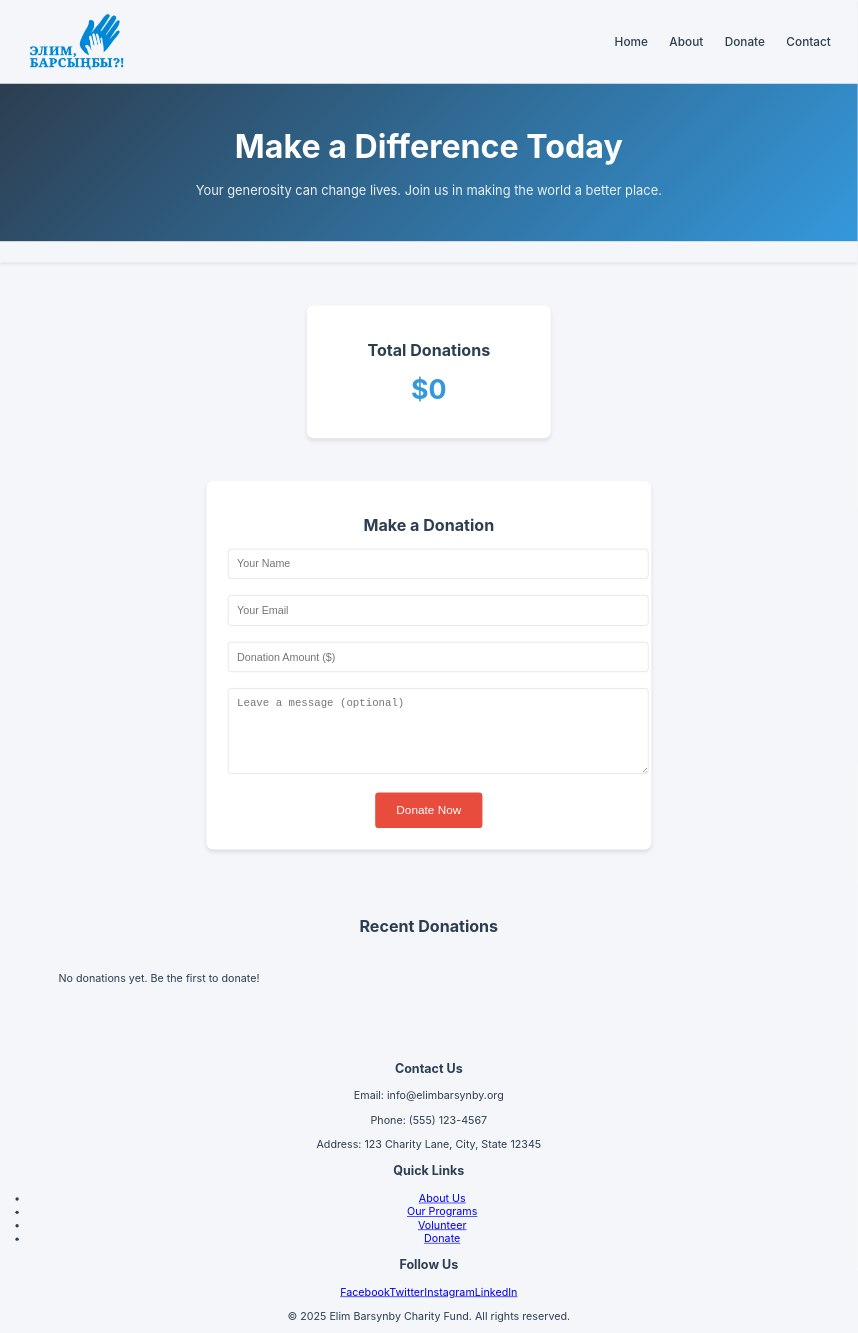
Repository: krmvz/elimbarsynby-
Page: / (app in elim-barsynby-charity/)
The author's editor kept a copy of each file at every save. The page is drawn from the files as they stood at one save, then again after the next save.
The browser window is 1280 px wide. The pictures show the whole page, at 67% of full size.
The page's requests for data from a server got no answer. The project was rebuilt for these pictures with package versions that can differ from the ones it lists, and the page was loaded fresh each time. No one was signed in, and anything a server would have sent is missing.

Above is the page before, as saved 2025-06-17 18:38:22.

### elim-barsynby-charity/public/index.html
<!DOCTYPE html>
<html lang="en">
  <head>
    <meta charset="utf-8" />
    <link rel="icon" href="%PUBLIC_URL%/favicon.ico" />
    <meta name="viewport" content="width=device-width, initial-scale=1" />
    <meta name="theme-color" content="#2c3e50" />
    <meta
      name="description"
      content="Elim Barsynby Charity Fund - Making a difference in our community through your generous donations"
    />
    <link rel="apple-touch-icon" href="%PUBLIC_URL%/logo192.png" />
    <link rel="manifest" href="%PUBLIC_URL%/manifest.json" />
    <title>Elim Barsynby Charity Fund</title>
  </head>
  <body>
    <noscript>You need to enable JavaScript to run this app.</noscript>
    <div id="root"></div>
  </body>
</html>

### elim-barsynby-charity/src/App.tsx
import React, { useState, useEffect } from 'react';
import Header from './components/Header';
import Footer from './components/Footer';
import './App.css';
import './components/styles.css';

interface Donation {
  _id: string;
  donor: string;
  amount: number;
  message?: string;
  date: string;
}

function App() {
  const [donations, setDonations] = useState<Donation[]>([]);
  const [totalDonations, setTotalDonations] = useState<number>(0);
  const [formData, setFormData] = useState({
    donor: '',
    amount: '',
    message: '',
    email: ''
  });

  useEffect(() => {
    fetchDonations();
    fetchTotalDonations();
  }, []);

  const fetchDonations = async () => {
    try {
      const response = await fetch('http://localhost:5000/api/donations');
      if (!response.ok) {
        throw new Error('Failed to fetch donations');
      }
      const data = await response.json();
      setDonations(Array.isArray(data) ? data : []);
    } catch (error) {
      console.error('Error fetching donations:', error);
      setDonations([]);
    }
  };

  const fetchTotalDonations = async () => {
    try {
      const response = await fetch('http://localhost:5000/api/donations/total');
      if (!response.ok) {
        throw new Error('Failed to fetch total donations');
      }
      const data = await response.json();
      setTotalDonations(data.total || 0);
    } catch (error) {
      console.error('Error fetching total donations:', error);
      setTotalDonations(0);
    }
  };

  const handleSubmit = async (e: React.FormEvent) => {
    e.preventDefault();
    try {
      const response = await fetch('http://localhost:5000/api/donations', {
        method: 'POST',
        headers: {
          'Content-Type': 'application/json',
        },
        body: JSON.stringify(formData),
      });
      if (!response.ok) {
        throw new Error('Failed to submit donation');
      }
      setFormData({ donor: '', amount: '', message: '', email: '' });
      fetchDonations();
      fetchTotalDonations();
    } catch (error) {
      console.error('Error submitting donation:', error);
    }
  };

  const handleChange = (e: React.ChangeEvent<HTMLInputElement | HTMLTextAreaElement>) => {
    setFormData({
      ...formData,
      [e.target.name]: e.target.value
    });
  };

  return (
    <div className="App">
      <Header />

      <main className="main-content">
        <section className="donation-stats">
          <div className="stat-card">
            <h2>Total Donations</h2>
            <p className="amount">${totalDonations.toLocaleString()}</p>
          </div>
        </section>

        <section className="donation-form" id="donate">
          <h2>Make a Donation</h2>
          <form onSubmit={handleSubmit}>
            <div className="form-group">
              <input
                type="text"
                name="donor"
                value={formData.donor}
                onChange={handleChange}
                placeholder="Your Name"
                required
              />
            </div>
            <div className="form-group">
              <input
                type="email"
                name="email"
                value={formData.email}
                onChange={handleChange}
                placeholder="Your Email"
                required
              />
            </div>
            <div className="form-group">
              <input
                type="number"
                name="amount"
                value={formData.amount}
                onChange={handleChange}
                placeholder="Donation Amount ($)"
                required
              />
            </div>
            <div className="form-group">
              <textarea
                name="message"
                value={formData.message}
                onChange={handleChange}
                placeholder="Leave a message (optional)"
              />
            </div>
            <button type="submit" className="donate-button">Donate Now</button>
          </form>
        </section>

        <section className="recent-donations">
          <h2>Recent Donations</h2>
          <div className="donations-list">
            {donations && donations.length > 0 ? (
              donations.map((donation) => (
                <div key={donation._id} className="donation-card">
                  <h3>{donation.donor}</h3>
                  <p className="amount">${donation.amount}</p>
                  {donation.message && <p className="message">"{donation.message}"</p>}
                  <p className="date">{new Date(donation.date).toLocaleDateString()}</p>
                </div>
              ))
            ) : (
              <p>No donations yet. Be the first to donate!</p>
            )}
          </div>
        </section>
      </main>

      <Footer />
    </div>
  );
}

export default App;

### elim-barsynby-charity/src/components/Header.tsx
import React from 'react';
import Logo from './Logo';
import './styles.css';

const Header: React.FC = () => {
  return (
    <header className="header">
      <div className="header-content">
        <div className="logo-container">
          <Logo />
        </div>
        <nav className="nav-menu">
          <a href="#home" className="nav-link">Home</a>
          <a href="#about" className="nav-link">About</a>
          <a href="#donate" className="nav-link">Donate</a>
          <a href="#contact" className="nav-link">Contact</a>
        </nav>
      </div>

      <div className="hero">
        <h1>Make a Difference Today</h1>
        <p>Your generosity can change lives. Join us in making the world a better place.</p>
      </div>
    </header>
  );
};

export default Header;

### elim-barsynby-charity/src/components/Footer.tsx
import React from 'react';

const Footer: React.FC = () => {
  return (
    <footer className="footer">
      <div className="footer-content">
        <div className="footer-section">
          <h3>Contact Us</h3>
          <p>Email: info@elimbarsynby.org</p>
          <p>Phone: (555) 123-4567</p>
          <p>Address: 123 Charity Lane, City, State 12345</p>
        </div>

        <div className="footer-section">
          <h3>Quick Links</h3>
          <ul>
            <li><a href="#about">About Us</a></li>
            <li><a href="#programs">Our Programs</a></li>
            <li><a href="#volunteer">Volunteer</a></li>
            <li><a href="#donate">Donate</a></li>
          </ul>
        </div>

        <div className="footer-section">
          <h3>Follow Us</h3>
          <div className="social-links">
            <a href="https://facebook.com" target="_blank" rel="noopener noreferrer">Facebook</a>
            <a href="https://twitter.com" target="_blank" rel="noopener noreferrer">Twitter</a>
            <a href="https://instagram.com" target="_blank" rel="noopener noreferrer">Instagram</a>
            <a href="https://linkedin.com" target="_blank" rel="noopener noreferrer">LinkedIn</a>
          </div>
        </div>
      </div>

      <div className="footer-bottom">
        <p>&copy; {new Date().getFullYear()} Elim Barsynby Charity Fund. All rights reserved.</p>
      </div>
    </footer>
  );
};

export default Footer;

### elim-barsynby-charity/src/App.css
:root {
  --primary-color: #2c3e50;
  --secondary-color: #3498db;
  --accent-color: #e74c3c;
  --background-color: #f5f6fa;
  --text-color: #2c3e50;
  --card-background: #ffffff;
}

.App {
  text-align: center;
  background-color: var(--background-color);
  min-height: 100vh;
  color: var(--text-color);
  display: flex;
  flex-direction: column;
}

.main-content {
  flex: 1;
  padding: 2rem 0;
}

.hero {
  background: linear-gradient(135deg, var(--primary-color), var(--secondary-color));
  color: white;
  padding: 2rem 0 4rem;
  margin-bottom: 2rem;
}

.donation-stats {
  padding: 2rem;
  margin-bottom: 2rem;
}

.stat-card {
  background: var(--card-background);
  border-radius: 10px;
  padding: 2rem;
  box-shadow: 0 4px 6px rgba(0, 0, 0, 0.1);
  display: inline-block;
  min-width: 300px;
}

.stat-card .amount {
  font-size: 2.5rem;
  color: var(--secondary-color);
  font-weight: bold;
  margin: 1rem 0;
}

.donation-form {
  max-width: 600px;
  margin: 0 auto 3rem;
  padding: 2rem;
  background: var(--card-background);
  border-radius: 10px;
  box-shadow: 0 4px 6px rgba(0, 0, 0, 0.1);
}

.form-group {
  margin-bottom: 1.5rem;
}

input, textarea {
  width: 100%;
  padding: 0.8rem;
  border: 1px solid #ddd;
  border-radius: 5px;
  font-size: 1rem;
  transition: border-color 0.3s ease;
}

input:focus, textarea:focus {
  outline: none;
  border-color: var(--secondary-color);
}

textarea {
  min-height: 100px;
  resize: vertical;
}

.donate-button {
  background-color: var(--accent-color);
  color: white;
  border: none;
  padding: 1rem 2rem;
  font-size: 1.1rem;
  border-radius: 5px;
  cursor: pointer;
  transition: background-color 0.3s ease;
}

.donate-button:hover {
  background-color: #c0392b;
}

.recent-donations {
  padding: 2rem;
  background: var(--background-color);
}

.donations-list {
  display: grid;
  grid-template-columns: repeat(auto-fill, minmax(280px, 1fr));
  gap: 1.5rem;
  padding: 1rem;
  max-width: 1200px;
  margin: 0 auto;
}

.donation-card {
  background: var(--card-background);
  border-radius: 10px;
  padding: 1.5rem;
  box-shadow: 0 2px 4px rgba(0, 0, 0, 0.1);
  transition: transform 0.3s ease;
}

.donation-card:hover {
  transform: translateY(-5px);
}

.donation-card h3 {
  color: var(--primary-color);
  margin-bottom: 0.5rem;
}

.donation-card .amount {
  font-size: 1.5rem;
  color: var(--secondary-color);
  font-weight: bold;
  margin: 0.5rem 0;
}

.donation-card .message {
  font-style: italic;
  color: #666;
  margin: 0.5rem 0;
}

.donation-card .date {
  font-size: 0.9rem;
  color: #888;
  margin-top: 0.5rem;
}

@media (max-width: 768px) {
  .hero h1 {
    font-size: 2rem;
  }

  .hero p {
    font-size: 1rem;
  }

  .donation-form {
    margin: 1rem;
  }

  .donations-list {
    grid-template-columns: 1fr;
  }
}

### elim-barsynby-charity/src/components/styles.css
.header {
  width: 100%;
  background-color: var(--background-color);
  box-shadow: 0 2px 4px rgba(0, 0, 0, 0.1);
}

.header-content {
  max-width: 1200px;
  margin: 0 auto;
  padding: 1rem 2rem;
  display: flex;
  justify-content: space-between;
  align-items: center;
}

.logo-container {
  flex-shrink: 0;
}

.logo-container svg {
  width: 150px;
  height: auto;
}

.nav-menu {
  display: flex;
  gap: 2rem;
}

.nav-link {
  color: var(--primary-color);
  text-decoration: none;
  font-weight: 500;
  font-size: 1.1rem;
  transition: color 0.3s ease;
}

.nav-link:hover {
  color: var(--secondary-color);
}

.hero {
  text-align: center;
  padding: 4rem 2rem;
  background: linear-gradient(135deg, var(--primary-color), var(--secondary-color));
  color: white;
}

.hero h1 {
  font-size: 3rem;
  margin-bottom: 1.5rem;
}

.hero p {
  font-size: 1.2rem;
  max-width: 800px;
  margin: 0 auto;
  opacity: 0.9;
}

@media (max-width: 768px) {
  .header-content {
    flex-direction: column;
    gap: 1rem;
    padding: 1rem;
  }

  .nav-menu {
    flex-direction: column;
    align-items: center;
    gap: 1rem;
  }

  .hero {
    padding: 2rem 1rem;
  }

  .hero h1 {
    font-size: 2rem;
  }

  .hero p {
    font-size: 1rem;
  }
}

### elim-barsynby-charity/src/components/Logo.tsx
import React from 'react';
import logo from '../images/IMG_3405.PNG';

const Logo: React.FC = () => {
  return (
    <img
      src={logo}
      alt="Elim Barsynby Charity Logo"
      style={{
        width: '150px',
        height: 'auto',
        objectFit: 'contain'
      }}
    />
  );
};

export default Logo;

Loaded but not shown: elim-barsynby-charity/src/index.tsx (common file); elim-barsynby-charity/src/index.css (common file); elim-barsynby-charity/src/reportWebVitals.ts (common file)

After the next save:
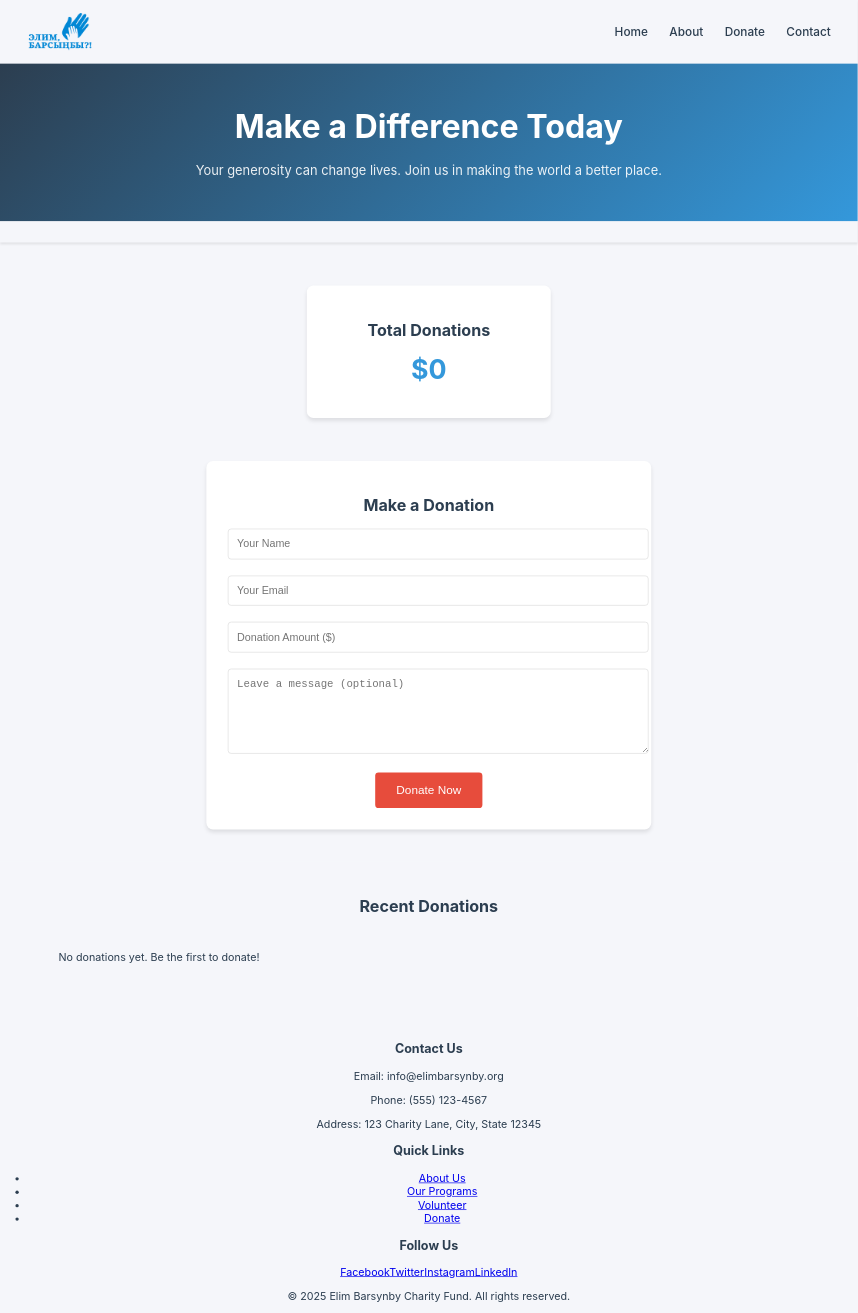
Saved 2 min 7 s later.
--- a/elim-barsynby-charity/src/components/Logo.tsx
+++ b/elim-barsynby-charity/src/components/Logo.tsx
@@ -7,7 +7,7 @@ const Logo: React.FC = () => {
       src={logo}
       alt="Elim Barsynby Charity Logo"
       style={{
-        width: '150px',
+        width: '100px',
         height: 'auto',
         objectFit: 'contain'
       }}
